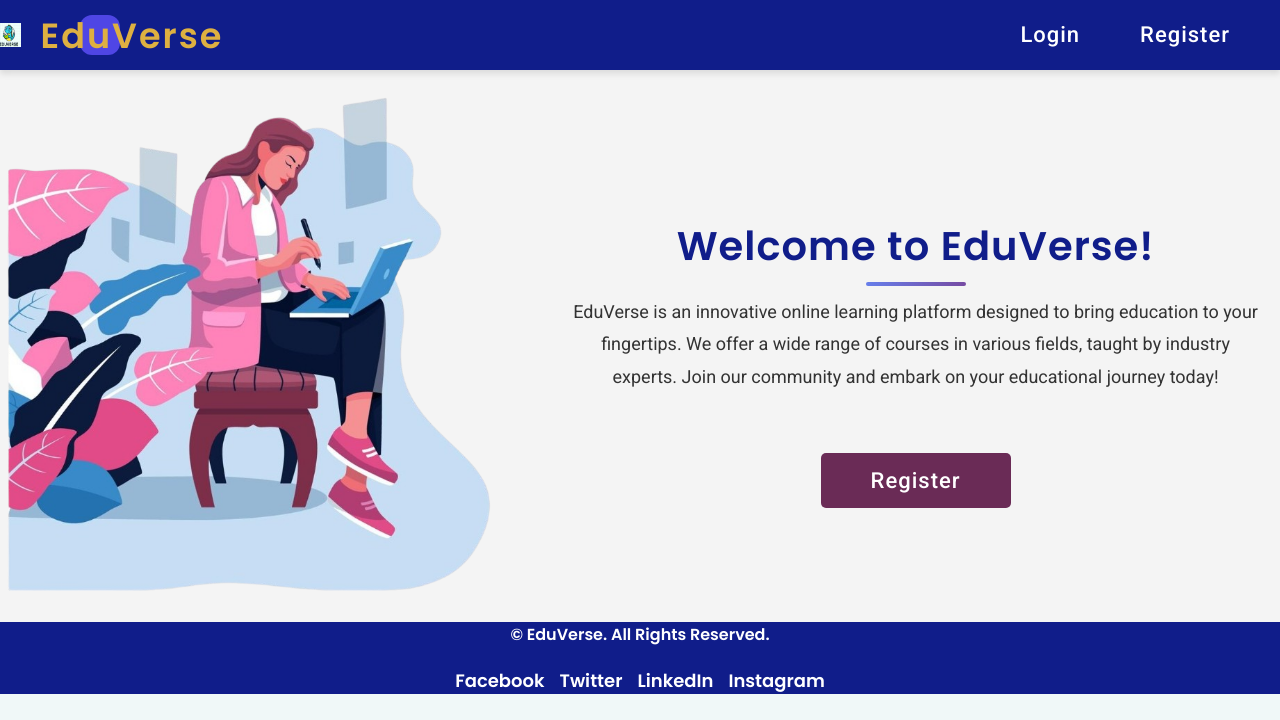
Repository: aviralsaxena16/Eduverse-Elearning-Platform
Page: /
The author's editor kept a copy of each file at every save. The page is drawn from the files as they stood at one save, then again after a run of saves.
The browser window is 1280 px wide. The pictures show the whole page.
The project was rebuilt for these pictures with package versions that can differ from the ones it lists, and the page was loaded fresh each time. Also part of the build but not shown: vite.config.js, src/pages/LoginPage/Logout.css, src/pages/LoginPage/Logout.jsx, src/components/Side/Sidebar.css, src/components/Side/Sidebar.jsx, src/components/Navbar2/Navbar2.jsx, src/pages/MainPage/BotPage.jsx, src/pages/MainPage/MainPage.jsx and 19 more. Imported but missing from the stored project, and not drawn on this page: src/config.js, src/pages/Profile/ProfilePic.

Above is the page before, as saved 2025-03-21 18:21:31.

After the next 2 saves:
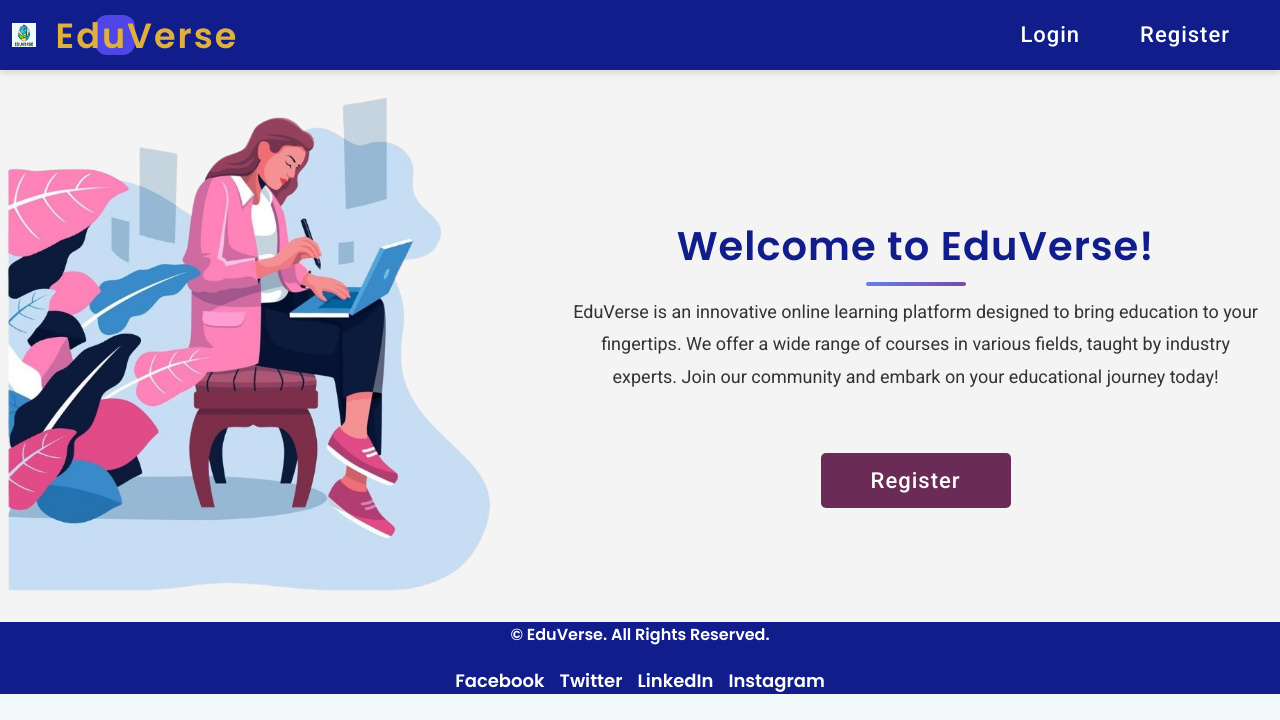
The 2 saves are shown as one change because they came seconds apart.
The last was saved 10 s later.
--- a/src/pages/landingPage/Navbar.css
+++ b/src/pages/landingPage/Navbar.css
@@ -25,7 +25,7 @@
   font-weight: 600;
   color: #DEB041; /* Gold color for logo */
   letter-spacing: 2px;
-  margin-left: 50px;
+  margin-left: 65px;
 }
 
 .nav-links {
